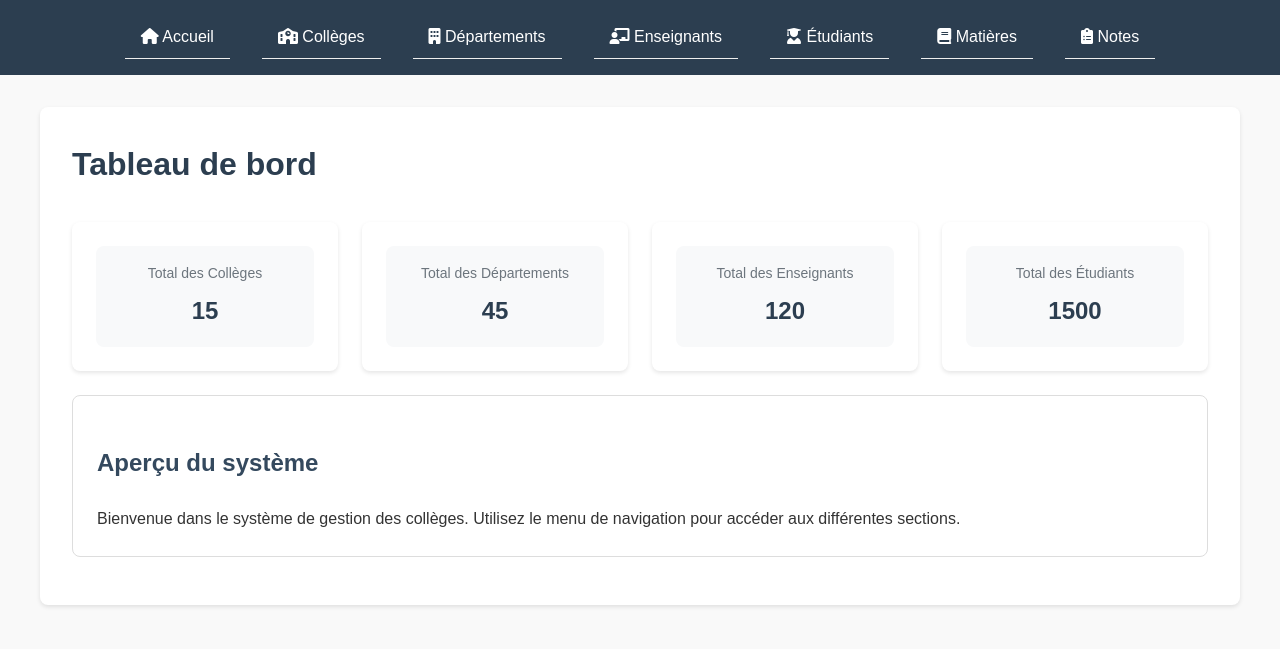
Repository: Ishimw3/college-management
Page: index.html
These files come from the project's save history. The page is drawn as it stood at one moment and after the next save; the edit follows.
The browser window is 1280 px wide. The pictures show the whole page.

Above is the page before, as saved 2025-02-24 20:10:25.
Console error: ReferenceError: data is not defined

### index.html
<!DOCTYPE html>
<html lang="fr">
<head>
    <meta charset="UTF-8">
    <meta name="viewport" content="width=device-width, initial-scale=1.0">
    <title>Système de Gestion des Collèges</title>
    <link rel="stylesheet" href="assets/css/main.css">
    <link rel="stylesheet" href="https://cdnjs.cloudflare.com/ajax/libs/font-awesome/6.0.0-beta3/css/all.min.css">
</head>
<body>
    <nav>
        <ul>
            <li><a href="index.html"><i class="fas fa-home"></i> Accueil</a></li>
            <li><a href="pages/colleges.html"><i class="fas fa-school"></i> Collèges</a></li>
            <li><a href="pages/departements.html"><i class="fas fa-building"></i> Départements</a></li>
            <li><a href="pages/teachers.html"><i class="fas fa-chalkboard-teacher"></i> Enseignants</a></li>
            <li><a href="pages/students.html"><i class="fas fa-user-graduate"></i> Étudiants</a></li>
            <li><a href="pages/subjects.html"><i class="fas fa-book"></i> Matières</a></li>
            <li><a href="pages/grades.html"><i class="fas fa-clipboard-list"></i> Notes</a></li>
        </ul>
    </nav>

    <div class="container">
        <h1>Tableau de bord</h1>
        <div class="dashboard">
            <div class="stats-grid">
                <div class="stat-card">
                    <div class="stat-item">
                        <div class="stat-label">Total des Collèges</div>
                        <div class="stat-value">15</div>
                    </div>
                </div>
                <div class="stat-card">
                    <div class="stat-item">
                        <div class="stat-label">Total des Départements</div>
                        <div class="stat-value">45</div>
                    </div>
                </div>
                <div class="stat-card">
                    <div class="stat-item">
                        <div class="stat-label">Total des Enseignants</div>
                        <div class="stat-value">120</div>
                    </div>
                </div>
                <div class="stat-card">
                    <div class="stat-item">
                        <div class="stat-label">Total des Étudiants</div>
                        <div class="stat-value">1500</div>
                    </div>
                </div>
            </div>
            <div class="card">
                <h2>Aperçu du système</h2>
                <p>Bienvenue dans le système de gestion des collèges. Utilisez le menu de navigation pour accéder aux différentes sections.</p>
            </div>
        </div>
    </div>

    <script src="assets/js/utils.js"></script>
    <script src="assets/js/main.js"></script>
    <script src="assets/js/app.js"></script>
</body>
</html>

### assets/css/main.css
/* Reset et styles de base */
* {
    margin: 0;
    padding: 0;
    box-sizing: border-box;
}

body {
    font-family: Arial, sans-serif;
    line-height: 1.6;
    color: #333;
    background-color: #f9f9f9;
}

/* Navigation */
nav {
    background: #2c3e50;
    padding: 1rem;
    margin-bottom: 2rem;
}

nav ul {
    list-style: none;
    display: flex;
    justify-content: center;
    gap: 2rem;
    max-width: 1200px;
    margin: 0 auto;
}

nav a {
    color: white;
    text-decoration: none;
    padding: 0.5rem 1rem;
    border-radius: 4px;
    transition: background-color 0.3s;
}

nav a:hover {
    background-color: #34495e;
}

/* Conteneur principal */
.container {
    max-width: 1200px;
    margin: 0 auto;
    padding: 2rem;
    background-color: white;
    border-radius: 8px;
    box-shadow: 0 2px 4px rgba(0,0,0,0.1);
}

/* En-têtes */
h1 {
    margin-bottom: 2rem;
    color: #2c3e50;
}

h2, h3 {
    margin: 1.5rem 0;
    color: #34495e;
}

/* Sections */
.form-section, .list-section {
    margin-bottom: 3rem;
}

/* Formulaires */
.form-group {
    margin-bottom: 1rem;
}

label {
    display: block;
    margin-bottom: 0.5rem;
    font-weight: bold;
}

input, select {
    width: 100%;
    padding: 0.5rem;
    border: 1px solid #ddd;
    border-radius: 4px;
    font-size: 1rem;
}

button {
    padding: 0.5rem 1rem;
    background: #2c3e50;
    color: white;
    border: none;
    border-radius: 4px;
    cursor: pointer;
    transition: background-color 0.3s;
}

button:hover {
    background: #34495e;
}

/* Tableaux */
table {
    width: 100%;
    border-collapse: collapse;
    margin: 1rem 0;
    background-color: white;
}

th, td {
    border: 1px solid #ddd;
    padding: 0.75rem;
    text-align: left;
}

th {
    background: #f5f5f5;
    font-weight: bold;
}

tr:nth-child(even) {
    background-color: #f9f9f9;
}

/* Boutons dans les tableaux */
.btn-edit, .btn-delete {
    padding: 0.25rem 0.5rem;
    margin: 0 0.25rem;
    font-size: 0.875rem;
}

.btn-edit {
    background: #3498db;
}

.btn-delete {
    background: #e74c3c;
}

/* Cartes */
.card {
    border: 1px solid #ddd;
    padding: 1.5rem;
    border-radius: 8px;
    margin: 1rem 0;
    background-color: white;
}

/* Impression */
@media print {
    nav, button, .form-section {
        display: none;
    }

    body {
        background: white;
    }

    .container {
        box-shadow: none;
        padding: 0;
    }

    table {
        border: 1px solid #ddd;
    }
}

/* Responsive */
@media (max-width: 768px) {
    nav ul {
        flex-direction: column;
        align-items: center;
    }

    .container {
        padding: 1rem;
    }

    table {
        display: block;
        overflow-x: auto;
    }
}

/* Grille de statistiques */
.stats-grid {
    display: grid;
    grid-template-columns: repeat(auto-fit, minmax(250px, 1fr));
    gap: 1.5rem;
    margin: 1.5rem 0;
}

.stat-card {
    background: white;
    padding: 1.5rem;
    border-radius: 8px;
    box-shadow: 0 2px 4px rgba(0,0,0,0.1);
}

.stat-item {
    display: flex;
    flex-direction: column;
    align-items: center;
    padding: 1rem;
    background: #f8f9fa;
    border-radius: 8px;
}

.stat-label {
    font-size: 0.875rem;
    color: #6c757d;
    margin-bottom: 0.5rem;
}

.stat-value {
    font-size: 1.5rem;
    font-weight: bold;
    color: #2c3e50;
}

/* Filtres */
.filters {
    display: grid;
    grid-template-columns: repeat(auto-fit, minmax(200px, 1fr));
    gap: 1rem;
    margin-bottom: 1.5rem;
    padding: 1rem;
    background: #f8f9fa;
    border-radius: 8px;
}

/* Liste sans puces */
ul {
    list-style: none;
    padding: 0;
}

ul li {
    padding: 0.5rem 0;
    border-bottom: 1px solid #eee;
}

/* États des salles */
.rooms-list td:last-child {
    font-weight: bold;
}

.rooms-list td:last-child:contains('Disponible') {
    color: #28a745;
}

.rooms-list td:last-child:contains('En cours') {
    color: #dc3545;
}

/* Améliorations pour l'impression */
@media print {
    .filters,
    .form-section,
    .btn-edit,
    .btn-delete {
        display: none;
    }

    .stats-grid {
        display: block;
    }

    .stat-card {
        page-break-inside: avoid;
        margin-bottom: 1rem;
    }
}

/* Responsive pour petits écrans */
@media (max-width: 576px) {
    .stats-grid {
        grid-template-columns: 1fr;
    }

    .filters {
        grid-template-columns: 1fr;
    }

    .stat-item {
        padding: 0.75rem;
    }

    .stat-value {
        font-size: 1.25rem;
    }
}

### assets/js/utils.js
// ...existing code...

const DataManager = {
    // Stockage local
    saveData() {
        localStorage.setItem('collegeData', JSON.stringify(data));
    },

    loadData() {
        const savedData = localStorage.getItem('collegeData');
        if (savedData) {
            data = JSON.parse(savedData);
        }
    },

    // CRUD Opérations génériques
    add(type, item) {
        item.id = Date.now(); // Simple ID unique
        data[type].push(item);
        this.saveData();
        return item;
    },

    update(type, id, updates) {
        const index = data[type].findIndex(item => item.id === id);
        if (index !== -1) {
            data[type][index] = { ...data[type][index], ...updates };
            this.saveData();
            return true;
        }
        return false;
    },

    delete(type, id) {
        data[type] = data[type].filter(item => item.id !== id);
        this.saveData();
    },

    get(type, id) {
        return data[type].find(item => item.id === id);
    },

    getAll(type) {
        return data[type];
    }
};

// ...existing code...

### assets/js/main.js
document.addEventListener('DOMContentLoaded', () => {
    // Initialisation des données
    let data = {
        colleges: [],
        departements: [],
        enseignants: [],
        etudiants: [],
        matieres: [],
        notes: []
    };

    // Initialisation
    const initialize = () => {
        DataManager.loadData();
        UIManager.initializeForms();
        UIManager.initializeTables();
        UIManager.setupPrintButtons();
        UIManager.initializeDetailViews();
        UIManager.updateAverages();
    };

    initialize();
});

### assets/js/app.js
const UIManager = {
    // Gestion des formulaires
    initializeForms() {
        document.querySelectorAll('form').forEach(form => {
            form.addEventListener('submit', (e) => {
                e.preventDefault();
                const formData = new FormData(form);
                const data = Object.fromEntries(formData.entries());

                // Détermine le type de formulaire
                if (form.closest('#colleges-form')) {
                    this.handleCollegeSubmit(data);
                } else if (form.closest('#enseignants-form')) {
                    this.handleEnseignantSubmit(data);
                } // etc...

                form.reset();
            });
        });
    },

    // Gestion des tableaux
    initializeTables() {
        // Tri des colonnes
        document.querySelectorAll('th').forEach(header => {
            header.addEventListener('click', () => {
                const table = header.closest('table');
                const index = Array.from(header.parentNode.children).indexOf(header);
                this.sortTable(table, index);
            });
        });

        // Filtres
        document.querySelectorAll('.filters select').forEach(filter => {
            filter.addEventListener('change', () => {
                this.applyFilters();
            });
        });
    },

    // Fonctions d'affichage
    displayAlert(message, type = 'success') {
        const alert = document.createElement('div');
        alert.className = `alert alert-${type}`;
        alert.textContent = message;
        document.querySelector('.container').prepend(alert);
        setTimeout(() => alert.remove(), 3000);
    },

    // Mise à jour des moyennes
    updateAverages() {
        // Moyennes par matière
        const matiereAverages = this.calculateMatiereAverages();
        document.querySelectorAll('.matiere-moyenne').forEach(elem => {
            const matiereId = elem.dataset.matiereId;
            elem.textContent = matiereAverages[matiereId]?.toFixed(2) || 'N/A';
        });

        // Moyennes par département
        const deptAverages = this.calculateDepartementAverages();
        document.querySelectorAll('.dept-moyenne').forEach(elem => {
            const deptId = elem.dataset.deptId;
            elem.textContent = deptAverages[deptId]?.toFixed(2) || 'N/A';
        });
    },

    // Gestion de l'impression
    setupPrintButtons() {
        document.querySelectorAll('.btn-print').forEach(btn => {
            btn.addEventListener('click', () => {
                const content = btn.closest('.card').cloneNode(true);
                const printWindow = window.open('', '_blank');
                printWindow.document.write(`
                    <html>
                        <head>
                            <link rel="stylesheet" href="styles.css">
                            <style>
                                body { padding: 20px; }
                                .no-print { display: none; }
                            </style>
                        </head>
                        <body>${content.outerHTML}</body>
                    </html>
                `);
                printWindow.document.close();
                printWindow.print();
            });
        });
    },

    // Gestion des détails
    initializeDetailViews() {
        document.querySelectorAll('.btn-view').forEach(btn => {
            btn.addEventListener('click', () => {
                const id = btn.closest('tr').dataset.id;
                const type = btn.closest('section').id.replace('-list', '');
                this.showDetails(type, id);
            });
        });
    },

    showDetails(type, id) {
        const item = DataManager.get(type, id);
        if (!item) return;

        const detailSection = document.querySelector(`#${type}-details`);
        if (!detailSection) return;

        // Remplir les détails
        Object.keys(item).forEach(key => {
            const elem = detailSection.querySelector(`#detail-${key}`);
            if (elem) {
                elem.textContent = item[key];
            }
        });

        // Afficher la section
        detailSection.style.display = 'block';
        detailSection.scrollIntoView({ behavior: 'smooth' });
    },

    // Calculs
    calculateMatiereAverages() {
        const averages = {};
        data.matieres.forEach(matiere => {
            const notes = data.notes.filter(n => n.matiereId === matiere.id);
            if (notes.length > 0) {
                averages[matiere.id] = notes.reduce((sum, n) => sum + n.note, 0) / notes.length;
            }
        });
        return averages;
    },

    calculateDepartementAverages() {
        const averages = {};
        data.departements.forEach(dept => {
            const matieres = data.matieres.filter(m => m.departementId === dept.id);
            const notes = [];
            matieres.forEach(matiere => {
                notes.push(...data.notes.filter(n => n.matiereId === matiere.id));
            });
            if (notes.length > 0) {
                averages[dept.id] = notes.reduce((sum, n) => sum + n.note, 0) / notes.length;
            }
        });
        return averages;
    },

    // Utilitaires
    sortTable(table, columnIndex) {
        const tbody = table.querySelector('tbody');
        const rows = Array.from(tbody.querySelectorAll('tr'));
        const isNumeric = rows.every(row =>
            !isNaN(row.children[columnIndex].textContent.trim())
        );

        rows.sort((a, b) => {
            const aValue = a.children[columnIndex].textContent.trim();
            const bValue = b.children[columnIndex].textContent.trim();

            if (isNumeric) {
                return parseFloat(aValue) - parseFloat(bValue);
            }
            return aValue.localeCompare(bValue);
        });

        tbody.innerHTML = '';
        rows.forEach(row => tbody.appendChild(row));
    },

    applyFilters() {
        const filters = {};
        document.querySelectorAll('.filters select').forEach(filter => {
            if (filter.value) {
                filters[filter.id.replace('filter-', '')] = filter.value;
            }
        });

        document.querySelectorAll('tbody tr').forEach(row => {
            let show = true;
            Object.entries(filters).forEach(([key, value]) => {
                if (row.dataset[key] !== value) {
                    show = false;
                }
            });
            row.style.display = show ? '' : 'none';
        });
    }
};

After the next save:
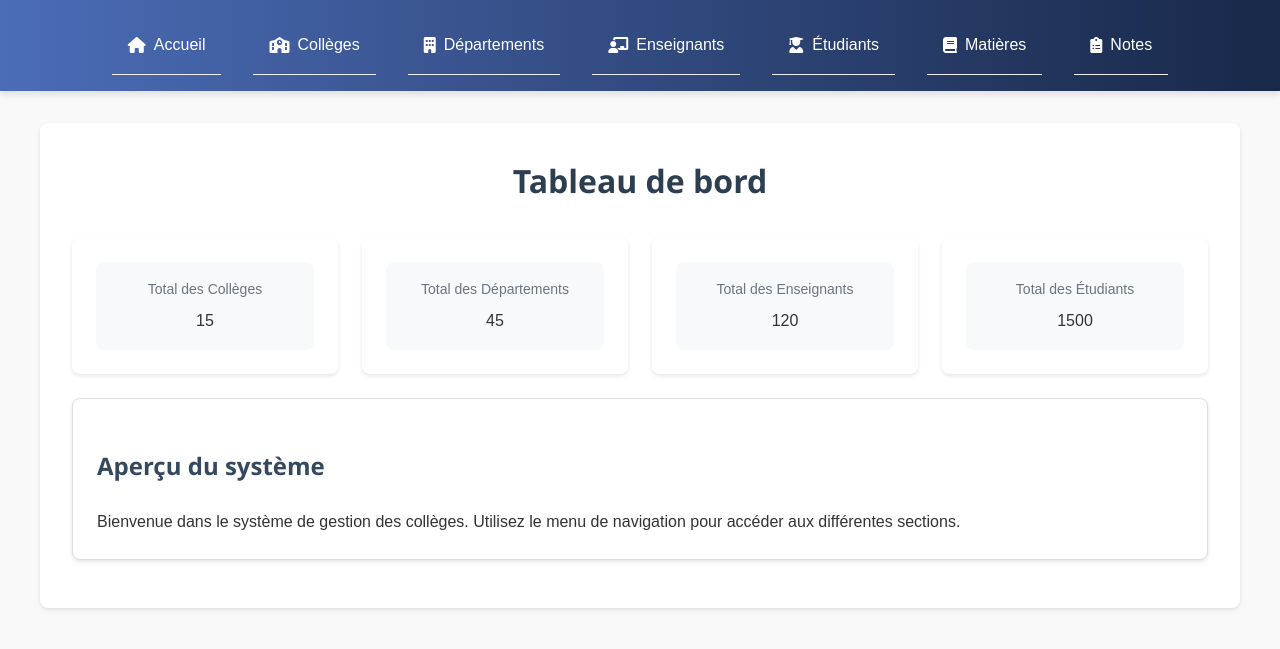
Saved 5 s later.
--- a/assets/css/main.css
+++ b/assets/css/main.css
@@ -14,9 +14,10 @@ body {
 
 /* Navigation */
 nav {
-    background: #2c3e50;
+    background: linear-gradient(90deg, #4b6cb7, #182848);
     padding: 1rem;
     margin-bottom: 2rem;
+    box-shadow: 0 4px 6px rgba(0, 0, 0, 0.1);
 }
 
 nav ul {
@@ -33,11 +34,15 @@ nav a {
     text-decoration: none;
     padding: 0.5rem 1rem;
     border-radius: 4px;
-    transition: background-color 0.3s;
+    transition: background-color 0.3s, transform 0.3s;
+    display: flex;
+    align-items: center;
+    gap: 0.5rem;
 }
 
 nav a:hover {
     background-color: #34495e;
+    transform: scale(1.05);
 }
 
 /* Conteneur principal */
@@ -54,11 +59,14 @@ nav a:hover {
 h1 {
     margin-bottom: 2rem;
     color: #2c3e50;
+    font-family: 'Segoe UI', Tahoma, Geneva, Verdana, sans-serif;
+    text-align: center;
 }
 
 h2, h3 {
     margin: 1.5rem 0;
     color: #34495e;
+    font-family: 'Segoe UI', Tahoma, Geneva, Verdana, sans-serif;
 }
 
 /* Sections */
@@ -144,6 +152,7 @@ tr:nth-child(even) {
     border-radius: 8px;
     margin: 1rem 0;
     background-color: white;
+    box-shadow: 0 2px 4px rgba(0,0,0,0.1);
 }
 
 /* Impression */
@@ -196,6 +205,11 @@ tr:nth-child(even) {
     padding: 1.5rem;
     border-radius: 8px;
     box-shadow: 0 2px 4px rgba(0,0,0,0.1);
+    transition: transform 0.3s;
+}
+
+.stat-card:hover {
+    transform: translateY(-5px);
 }
 
 .stat-item {
@@ -213,7 +227,7 @@ tr:nth-child(even) {
     margin-bottom: 0.5rem;
 }
 
-.stat-value {
+stat-value {
     font-size: 1.5rem;
     font-weight: bold;
     color: #2c3e50;
